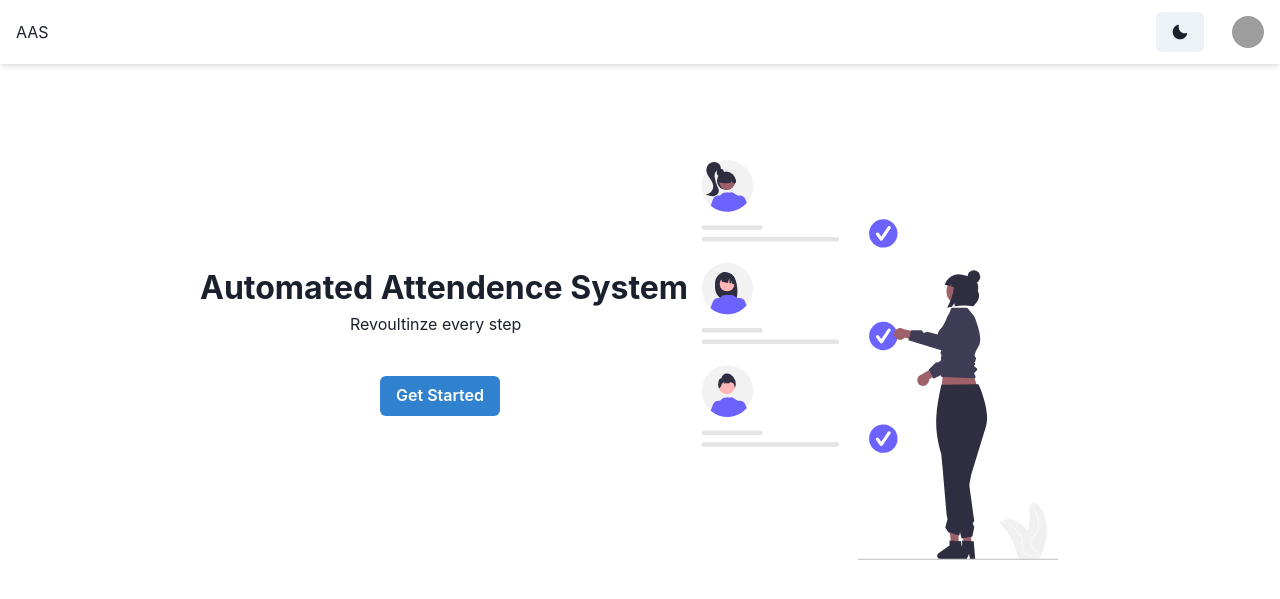
Repository: shash0708/attendence
Page: /
The author's editor kept a copy of each file at every save. The page is drawn from the files as they stood at one save, then again after the next save.
The browser window is 1280 px wide. The pictures show the whole page.
Pictures or frames that could not be fetched are drawn as grey boxes. The project was rebuilt for these pictures with package versions that can differ from the ones it lists, and the page was loaded fresh each time. Also part of the build but not shown: src/App.css, src/routes/Home/Home.styles.scss, src/components/Login/Login.component.jsx, src/components/Signup/Signup.component.jsx, src/routes/Authentication/Authentication.component.jsx.

Above is the page before, as saved 2024-04-06 20:56:16.

### src/index.js
import React from 'react';
import ReactDOM from 'react-dom/client';
import './index.css';
import App from './App';
import reportWebVitals from './reportWebVitals';
import { BrowserRouter } from 'react-router-dom';
import { ChakraProvider } from '@chakra-ui/react'

const root = ReactDOM.createRoot(document.getElementById('root'));
root.render(
  <React.StrictMode>
  <BrowserRouter>
<ChakraProvider>
    <App />
    </ChakraProvider>
    </BrowserRouter>

  </React.StrictMode>
);

// If you want to start measuring performance in your app, pass a function
// to log results (for example: reportWebVitals(console.log))
// or send to an analytics endpoint. Learn more: https://bit.ly/CRA-vitals
reportWebVitals();

### src/App.js
import './App.css';
import Home from './routes/Home/Home.component.jsx'
import { Routes,Route} from 'react-router-dom';
import Authentication from './routes/Authentication/Authentication.component';

function App() {
  return (
    <Routes>
    <Route index element={<Home/>}/>

    <Route path='auth' element={<Authentication/>}/>

    </Routes>
  );
}

export default App;

### src/routes/Home/Home.component.jsx
import React from 'react'
import { Outlet } from 'react-router-dom';
import Nav from '../../components/Navbar/Navbar.component';
import HomeProp from '../../components/homeProp/HomeProp.component';
import './Home.styles.scss'
const Home  = () => {
  return (
    <div>
       <Nav/>

       <HomeProp/>

       <Outlet/>
    </div>
  )
}

export  default Home;

### client/src/components/Navbar/Navbar.component.jsx
'use client'

import {
  Box,
  Flex,
  Avatar,
  Text,
  Button,
  Menu,
  MenuButton,
  MenuList,
  MenuItem,
  MenuDivider,
  useDisclosure,
  useColorModeValue,
  Stack,
  useColorMode,
  Center,
} from '@chakra-ui/react'
import { MoonIcon, SunIcon } from '@chakra-ui/icons'
import { Link, Outlet } from 'react-router-dom';

const NavLink = (props) => {
  const { children } = props

  return (
    <Box
      as="a"
      px={2}
      py={1}
      rounded={'md'}
      _hover={{
        textDecoration: 'none',
        bg: useColorModeValue('gray.200', 'gray.700'),
      }}
      href={'#'}>
      {children}
    </Box>
  )
}

export default function Nav() {
  const { colorMode, toggleColorMode } = useColorMode();
  const { isOpen, onOpen, onClose } = useDisclosure();
  return (
    <div>
      <Box

        px={4}
        shadow="md"
        style={{ backdropFilter: 'blur(10px)' }} // Adds blur effect to the background
      >
        <Flex h={16} alignItems={'center'} justifyContent={'space-between'}>
          <Box>
          <Link to="/">AAS</Link>

          </Box>

          <Flex alignItems={'center'}>
            <Stack direction={'row'} spacing={7}>
              <Button onClick={toggleColorMode}>
                {colorMode === 'light' ? <MoonIcon /> : <SunIcon />}
              </Button>

              <Menu>
                <MenuButton
                  as={Button}
                  rounded={'full'}
                  variant={'link'}
                  cursor={'pointer'}
                  minW={0}>
                  <Avatar
                    size={'sm'}
                    src={'https://avatars.dicebear.com/api/male/username.svg'}
                  />
                </MenuButton>
                <MenuList alignItems={'center'} shadow="lg">
                  <br />
                  <Center>
                    <Avatar
                      size={'2xl'}
                      src={'https://avatars.dicebear.com/api/male/username.svg'}
                    />
                  </Center>
                  <br />
                  <Center>
                    <p>Username</p>
                  </Center>
                  <br />
                  <MenuDivider />
                  <MenuItem>Your Servers</MenuItem>
                  <MenuItem>Account Settings</MenuItem>
                  <MenuItem>Logout</MenuItem>
                </MenuList>
              </Menu>
            </Stack>
          </Flex>
        </Flex>
      </Box>
      <Outlet />
    </div>
  );
}

### src/components/homeProp/HomeProp.component.jsx
import React, { Fragment } from 'react'
import { ReactComponent as HomeLogo } from '../../assests/home.svg'
import ButtonProp from '../Button/Button.component'
import './HomeProp.styles.scss';
const HomeProp= () => {
  return (
    <Fragment >
    <div  className='Home-container' >

<div className='text-container'>
    <h1>Automated Attendence  System</h1>

    </div>
    <div className='revolutionze'>
    <p>Revoultinze every step</p>
    </div>
    <div className='button-prop'>
    <ButtonProp/>
        </div>

      <HomeLogo className='home-prop'/>
      </div>
    </Fragment>
  )
}

export default HomeProp;

### src/components/Button/Button.component.jsx
import { Button, ButtonGroup } from '@chakra-ui/react'

import React from 'react'

const ButtonProp = () => {
  return (
    <div>
    <Button colorScheme='blue'>Get Started</Button>
    </div>
  )
}

export default ButtonProp;

### src/components/homeProp/HomeProp.styles.scss
// Use variables to style your logo
.home-prop{
  width: 1000px;
  height: 400px;  // Add other styling properties as needed
  position: fixed;
  top: 50%; // Adjust as needed
  right: -100px; // Adjust as needed
  transform: translateY(-50%);
}

.text-container{

  font-size: xx-large;
  font-weight: bolder;
  position: fixed;
  top: 40%; // Adjust as needed
  left: 200px; // Adjust as needed
  transform: translateY(-50%);

}


.revolutionze{
  font-size: medium;
  position: fixed;
  top: 45%; // Adjust as needed
  left: 350px; // Adjust as needed
  transform: translateY(-50%);
}

.button-prop{
  font-size: medium;
  position: fixed;
  top: 55%; // Adjust as needed
  left: 380px; // Adjust as needed
  transform: translateY(-50%);
}

.Home-container{
  background-color: #081934;
}

Loaded but not shown: public/index.html (common file); src/index.css (common file); src/reportWebVitals.js (common file)

After the next save:
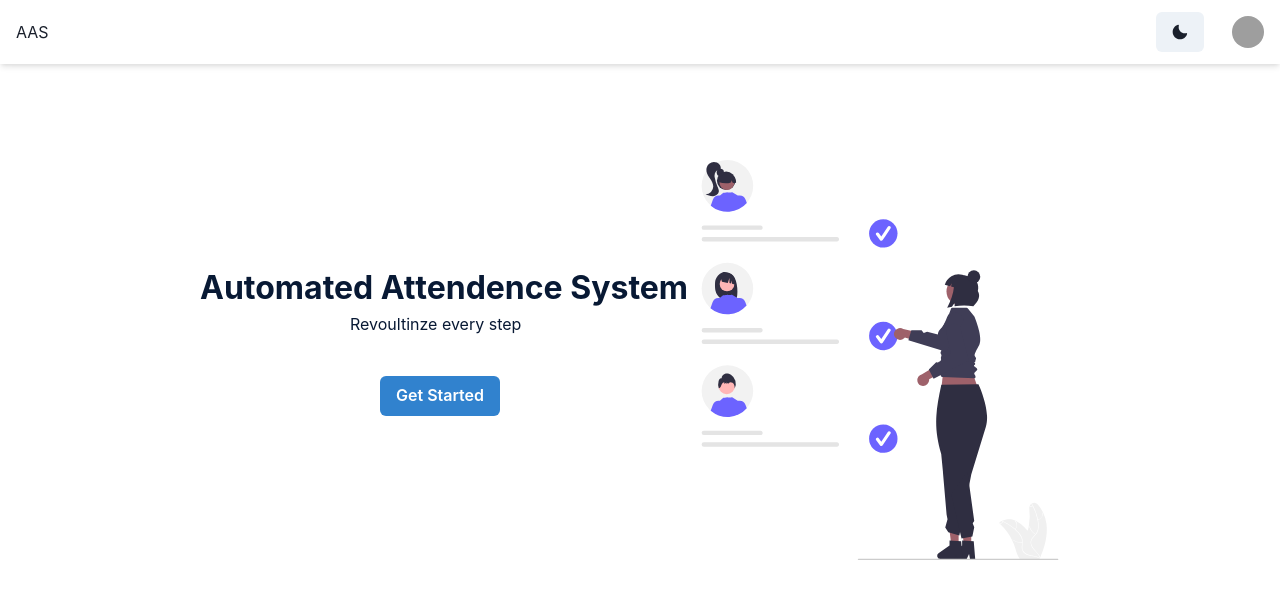
Saved 33 s later.
--- a/src/components/homeProp/HomeProp.styles.scss
+++ b/src/components/homeProp/HomeProp.styles.scss
@@ -37,5 +37,5 @@
 }
 
 .Home-container{
-  background-color: #081934;
+  color: #081934;
 }

After the save that followed:
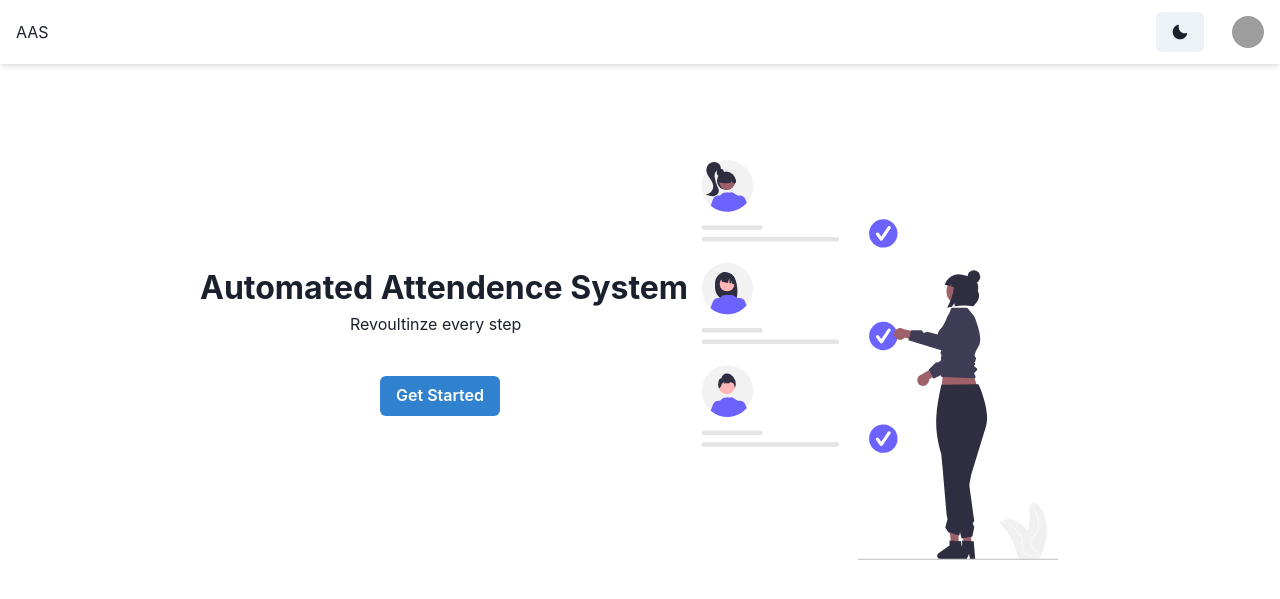
Saved 6 s later.
--- a/src/components/homeProp/HomeProp.styles.scss
+++ b/src/components/homeProp/HomeProp.styles.scss
@@ -37,5 +37,5 @@
 }
 
 .Home-container{
-  color: #081934;
+  bgcolor: #081934;
 }
